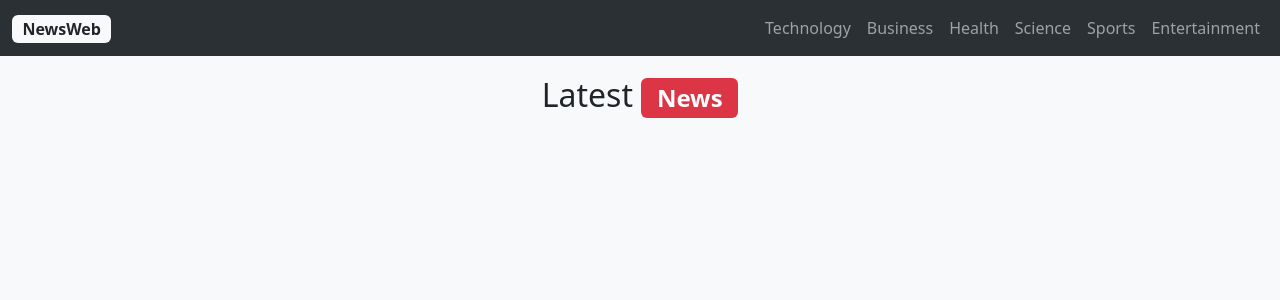
Repository: Abhilash2909/NewsWeb
Page: /
The author's editor kept a copy of each file at every save. The page is drawn from the files as they stood at one save, then again after the next save.
The browser window is 1280 px wide. The pictures show the whole page.
The page's requests for data from a server got no answer. The project was rebuilt for these pictures with package versions that can differ from the ones it lists, and the page was loaded fresh each time. No one was signed in, and anything a server would have sent is missing. Also part of the build but not shown: vite.config.js, src/Components/NewsItem.jsx, src/App.css.

Above is the page before, as saved 2024-05-22 21:16:44.

After the next save:
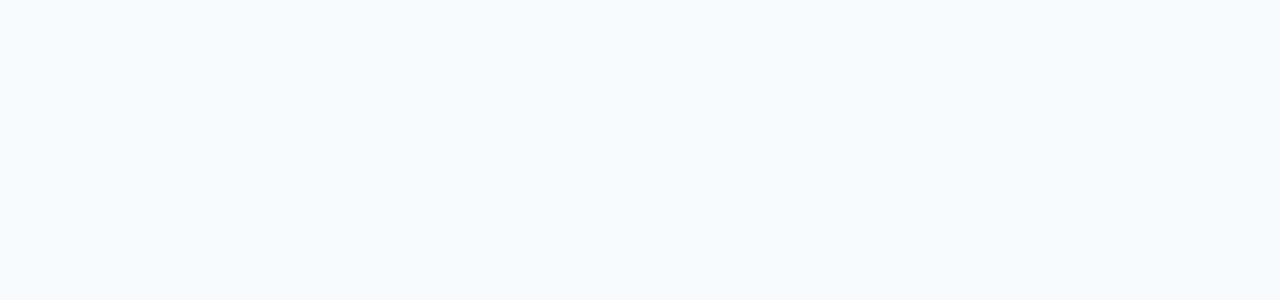
Console error (its wording comes from the project's code and is left out).
Saved 2 min 3 s later.
--- a/src/Components/Navbar.jsx
+++ b/src/Components/Navbar.jsx
@@ -1,62 +1,62 @@
 
-const Navbar = ({setCategory}) => {
-  return (
+// const Navbar = ({setCategory}) => {
+//   return (
 
-    <nav className="navbar navbar-expand-lg bg-body-tertiary" data-bs-theme="dark">
+//     <nav className="navbar navbar-expand-lg bg-body-tertiary" data-bs-theme="dark">
 
-  <div className="container-fluid">
+//   <div className="container-fluid">
 
-    <a className="navbar-brand" href="#"><span className="badge bg-light text-dark fs-6">NewsWeb</span></a>
+//     <a className="navbar-brand" href="#"><span className="badge bg-light text-dark fs-6">NewsWeb</span></a>
 
-    <button className="navbar-toggler" type="button" data-bs-toggle="collapse" data-bs-target="#navbarNav" aria-controls="navbarNav" aria-expanded="false" aria-label="Toggle navigation">
-      <span className="navbar-toggler-icon"></span>
-    </button>
+//     <button className="navbar-toggler" type="button" data-bs-toggle="collapse" data-bs-target="#navbarNav" aria-controls="navbarNav" aria-expanded="false" aria-label="Toggle navigation">
+//       <span className="navbar-toggler-icon"></span>
+//     </button>
 
 
-    {/* <div className="collapse navbar-collapse" id="navbarNav"> */}
-      <ul className="navbar-nav">
-        <li className="nav-item">
-          {/* <div className="nav-link" href="#" onClick={()=>setCategory("technology")}>Technology</div> */}
-          {/* <a className="navbar-brand" href="#"><span className="badge bg-light text-dark fs-6">Technology</span></a> */}
-          <a className="nav-link" onClick={()=>setCategory("Technology")}>Technology</a>
-        </li>
-        <li className="nav-item">
-          {/* <div className="nav-link" onClick={()=>setCategory("business")}>Business</div> */}
-          {/* <a className="navbar-brand" href="#"><span className="badge bg-light text-dark fs-6">Business</span></a> */}
-          <a className="nav-link" onClick={()=>setCategory("Business")}>Business</a>
-        </li>
+//     {/* <div className="collapse navbar-collapse" id="navbarNav"> */}
+//       <ul className="navbar-nav">
+//         <li className="nav-item">
+//           {/* <div className="nav-link" href="#" onClick={()=>setCategory("technology")}>Technology</div> */}
+//           {/* <a className="navbar-brand" href="#"><span className="badge bg-light text-dark fs-6">Technology</span></a> */}
+//           <a className="nav-link" onClick={()=>setCategory("Technology")}>Technology</a>
+//         </li>
+//         <li className="nav-item">
+//           {/* <div className="nav-link" onClick={()=>setCategory("business")}>Business</div> */}
+//           {/* <a className="navbar-brand" href="#"><span className="badge bg-light text-dark fs-6">Business</span></a> */}
+//           <a className="nav-link" onClick={()=>setCategory("Business")}>Business</a>
+//         </li>
 
-        <li className="nav-item">
-          {/* <div className="nav-link" onClick={()=>setCategory("health")}>Health</div> */}
-          <a className="nav-link" onClick={()=>setCategory("health")}>Health</a>
-        </li>
+//         <li className="nav-item">
+//           {/* <div className="nav-link" onClick={()=>setCategory("health")}>Health</div> */}
+//           <a className="nav-link" onClick={()=>setCategory("health")}>Health</a>
+//         </li>
 
-        <li className="nav-item">
-          {/* <div className="nav-link" onClick={()=>setCategory("science")}>Science</div> */}
-          {/* <a className="navbar-brand" href="#"><span className="badge bg-light text-dark fs-6">Science</span></a> */}
-          <a className="nav-link" onClick={()=>setCategory("Science")}>Science</a>
-        </li>
+//         <li className="nav-item">
+//           {/* <div className="nav-link" onClick={()=>setCategory("science")}>Science</div> */}
+//           {/* <a className="navbar-brand" href="#"><span className="badge bg-light text-dark fs-6">Science</span></a> */}
+//           <a className="nav-link" onClick={()=>setCategory("Science")}>Science</a>
+//         </li>
 
-        {/* <li className="nav-item"> */}
-          {/* <div className="nav-link" onClick={()=>setCategory("sports")}>Sports</div> */}
-          {/* <a className="navbar-brand" href="#"><span className="badge bg-light text-dark fs-6">Sports</span></a> */}
-          <a className="nav-link" onClick={()=>setCategory("Sports")}>Sports</a>
-        {/* </li> */}
+//         {/* <li className="nav-item"> */}
+//           {/* <div className="nav-link" onClick={()=>setCategory("sports")}>Sports</div> */}
+//           {/* <a className="navbar-brand" href="#"><span className="badge bg-light text-dark fs-6">Sports</span></a> */}
+//           <a className="nav-link" onClick={()=>setCategory("Sports")}>Sports</a>
+//         {/* </li> */}
 
-        {/* <li className="nav-item"> */}
-          {/* <div className="nav-link" onClick={()=>setCategory("entertainment")}>Entertainment</div> */}
-          {/* <a className="navbar-brand" href="#"><span className="badge bg-light text-dark fs-6">Entertainment</span></a> */}
-          <a className="nav-link" onClick={()=>setCategory("Entertainment")}>Entertainment</a>
-        {/* </li> */}
+//         {/* <li className="nav-item"> */}
+//           {/* <div className="nav-link" onClick={()=>setCategory("entertainment")}>Entertainment</div> */}
+//           {/* <a className="navbar-brand" href="#"><span className="badge bg-light text-dark fs-6">Entertainment</span></a> */}
+//           <a className="nav-link" onClick={()=>setCategory("Entertainment")}>Entertainment</a>
+//         {/* </li> */}
 
 
 
-      </ul>
-    </div>
-  {/* </div> */}
+//       </ul>
+//     </div>
+//   {/* </div> */}
 
-</nav>
-  )
-}
+// </nav>
+//   )
+// }
 
-export default Navbar
+// export default Navbar

After the 2 saves that followed:
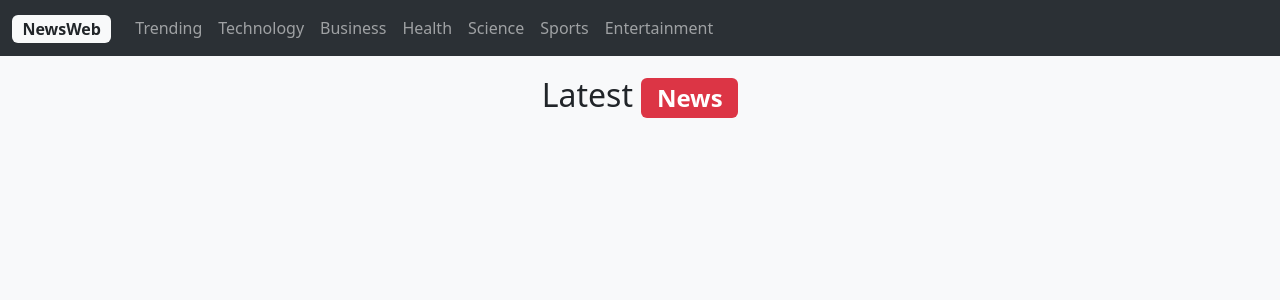
The error is gone.
The 2 saves are shown as one change because they came seconds apart.
The last was saved 15 s later.
--- a/src/Components/Navbar.jsx
+++ b/src/Components/Navbar.jsx
@@ -60,3 +60,45 @@
 // }
 
 // export default Navbar
+
+
+
+const Navbar = ({ setCategory }) => {
+  return (
+    <nav className="navbar navbar-expand-lg bg-body-tertiary" data-bs-theme="dark">
+      <div className="container-fluid">
+        <a className="navbar-brand" href="#"><span className="badge bg-light text-dark fs-6">NewsWeb</span></a>
+        <button className="navbar-toggler" type="button" data-bs-toggle="collapse" data-bs-target="#navbarNav" aria-controls="navbarNav" aria-expanded="false" aria-label="Toggle navigation">
+          <span className="navbar-toggler-icon"></span>
+        </button>
+        <div className="collapse navbar-collapse" id="navbarNav">
+          <ul className="navbar-nav">
+            <li className="nav-item">
+              <div className="nav-link" onClick={() => setCategory("trending")}>Trending</div>
+            </li>
+            <li className="nav-item">
+              <div className="nav-link" onClick={() => setCategory("technology")}>Technology</div>
+            </li>
+            <li className="nav-item">
+              <div className="nav-link" onClick={() => setCategory("business")}>Business</div>
+            </li>
+            <li className="nav-item">
+              <div className="nav-link" onClick={() => setCategory("health")}>Health</div>
+            </li>
+            <li className="nav-item">
+              <div className="nav-link" onClick={() => setCategory("science")}>Science</div>
+            </li>
+            <li className="nav-item">
+              <div className="nav-link" onClick={() => setCategory("sports")}>Sports</div>
+            </li>
+            <li className="nav-item">
+              <div className="nav-link" onClick={() => setCategory("entertainment")}>Entertainment</div>
+            </li>
+          </ul>
+        </div>
+      </div>
+    </nav>
+  );
+}
+
+export default Navbar;
